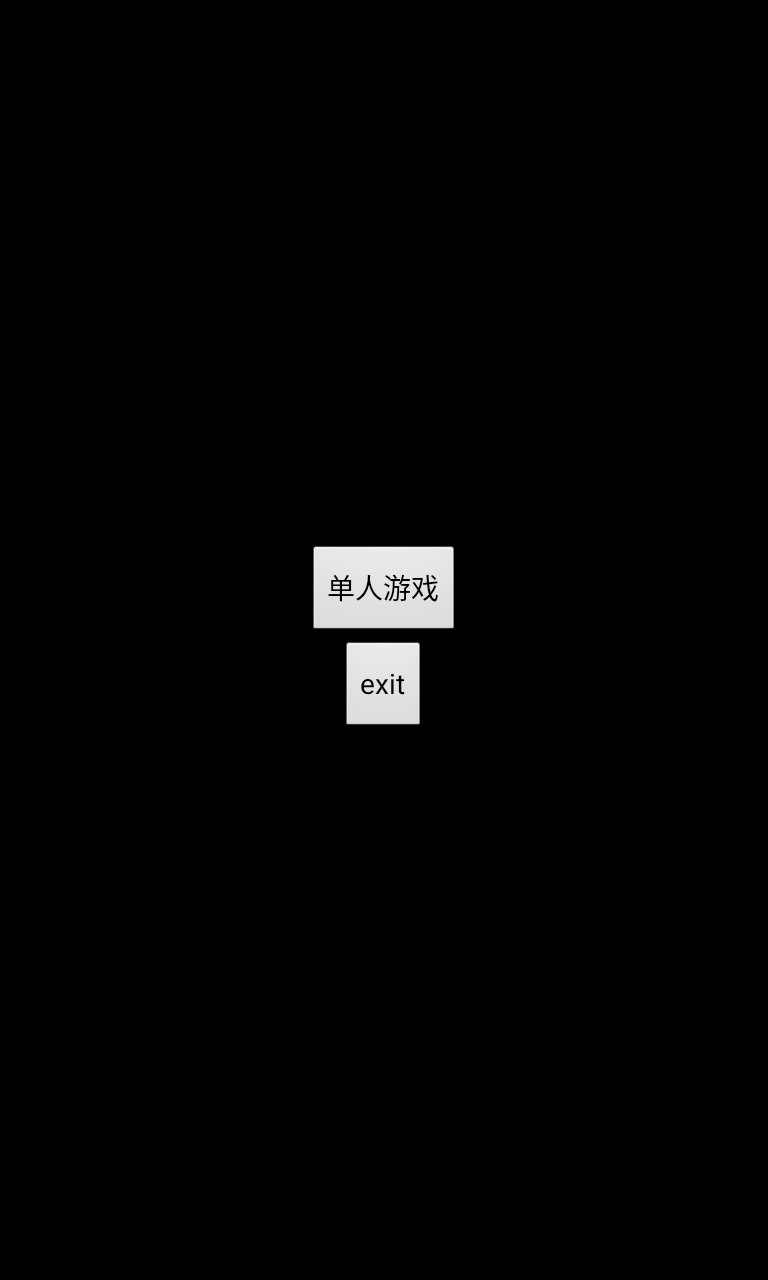
Repository: definelmx/AndroidWuZi
Layout: WWWuZi/res/layout/activity_main.xml
An editor plug-in stored every save of this project. The layout is shown before and after the next save, followed by the edit.
It is drawn on a 768 x 1280 px phone screen (xhdpi) without system bars, with theme android:Theme.Black.NoTitleBar; the app's code is not run.

Above is the layout before, as saved 2015-04-08 12:06:08.

### WWWuZi/res/layout/activity_main.xml
<RelativeLayout xmlns:android="http://schemas.android.com/apk/res/android"
    xmlns:tools="http://schemas.android.com/tools"
    android:id="@+id/container"
    android:layout_width="match_parent"
    android:layout_height="match_parent"
    tools:context="com.uestclmx.wwwuzi.MainActivity" >

    <LinearLayout
        android:layout_centerInParent="true"
        android:layout_width="wrap_content"
        android:layout_height="wrap_content"
        android:orientation="vertical"
        android:gravity="center" >

        <Button
            android:layout_width="wrap_content"
            android:layout_height="wrap_content"
            android:text="单人游戏"
            android:onClick="gameclick"/>

        <Button
            android:layout_width="wrap_content"
            android:layout_height="wrap_content"
            android:text="exit" />

    </LinearLayout>

</RelativeLayout>

After the next save:
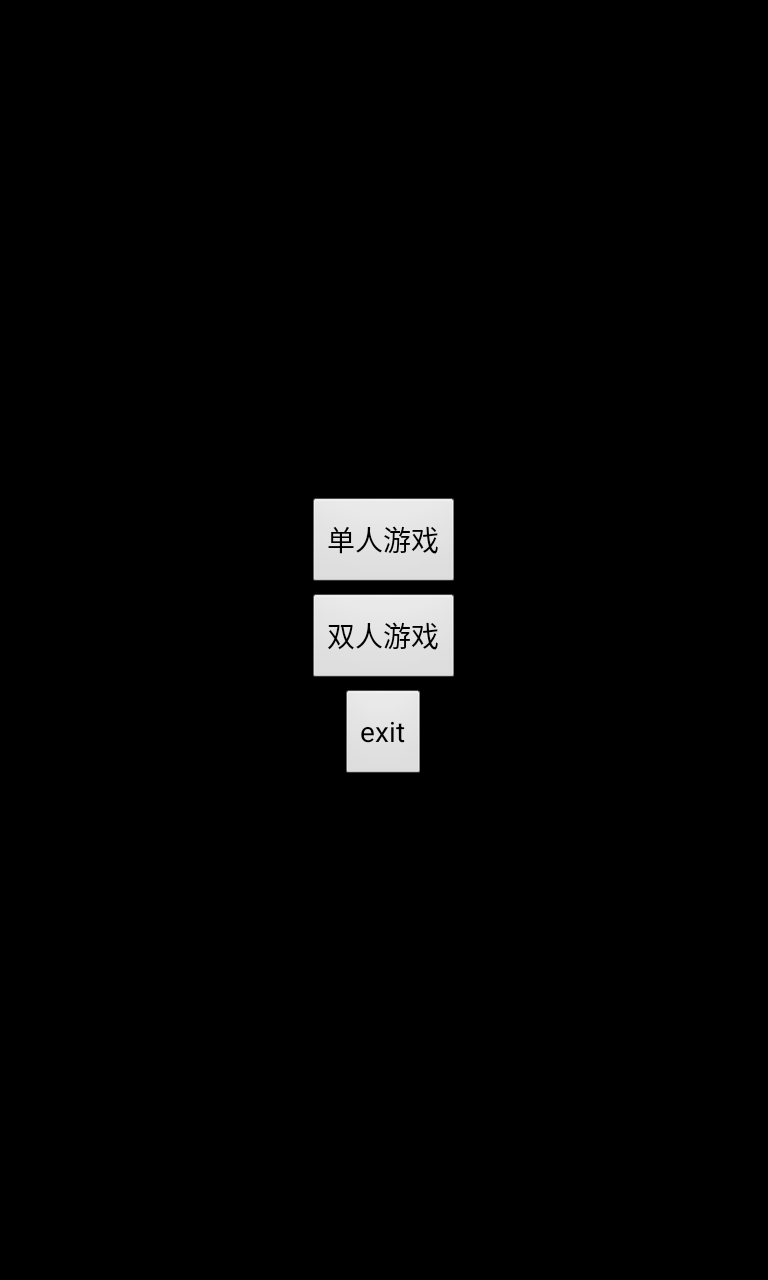
Saved 8 s later.
--- a/WWWuZi/res/layout/activity_main.xml
+++ b/WWWuZi/res/layout/activity_main.xml
@@ -17,6 +17,11 @@
             android:layout_height="wrap_content"
             android:text="单人游戏"
             android:onClick="gameclick"/>
+        <Button
+            android:layout_width="wrap_content"
+            android:layout_height="wrap_content"
+            android:text="双人游戏"
+            android:onClick="gameclick"/>
 
         <Button
             android:layout_width="wrap_content"
